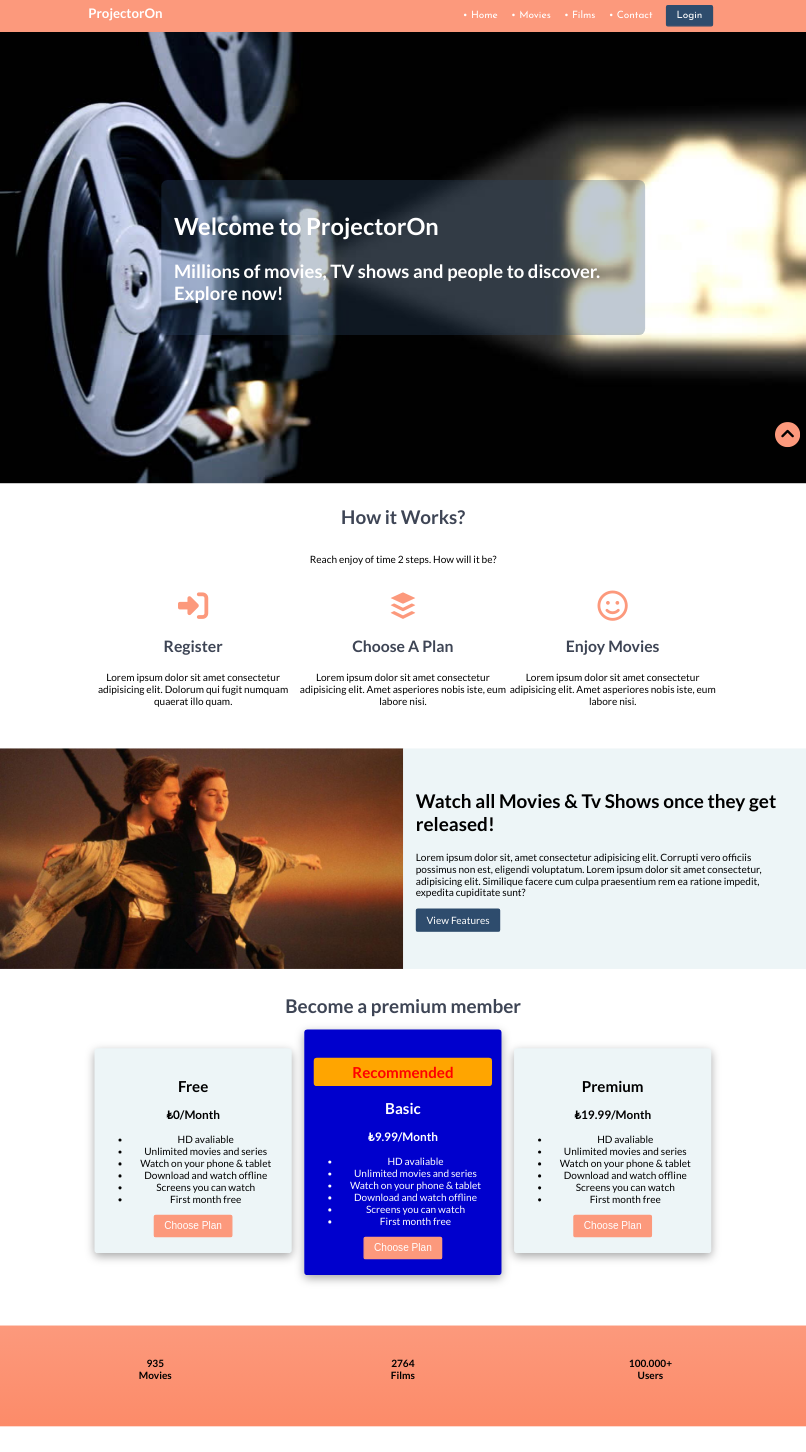
Repository: albayrakfatih/ProjectorOn_WebMovieApp
Page: index.html
An editor plug-in stored every save of this project. The page is shown before and after a run of saves, followed by the edit.
The browser window is 1280 px wide. The pictures show the whole page, at 63% of full size.
Backgrounds fixed to the window are drawn as part of the page. Some web libraries are served in a nearby version.

Above is the page before, as saved 2023-04-29 00:40:18.

After the next 2 saves:
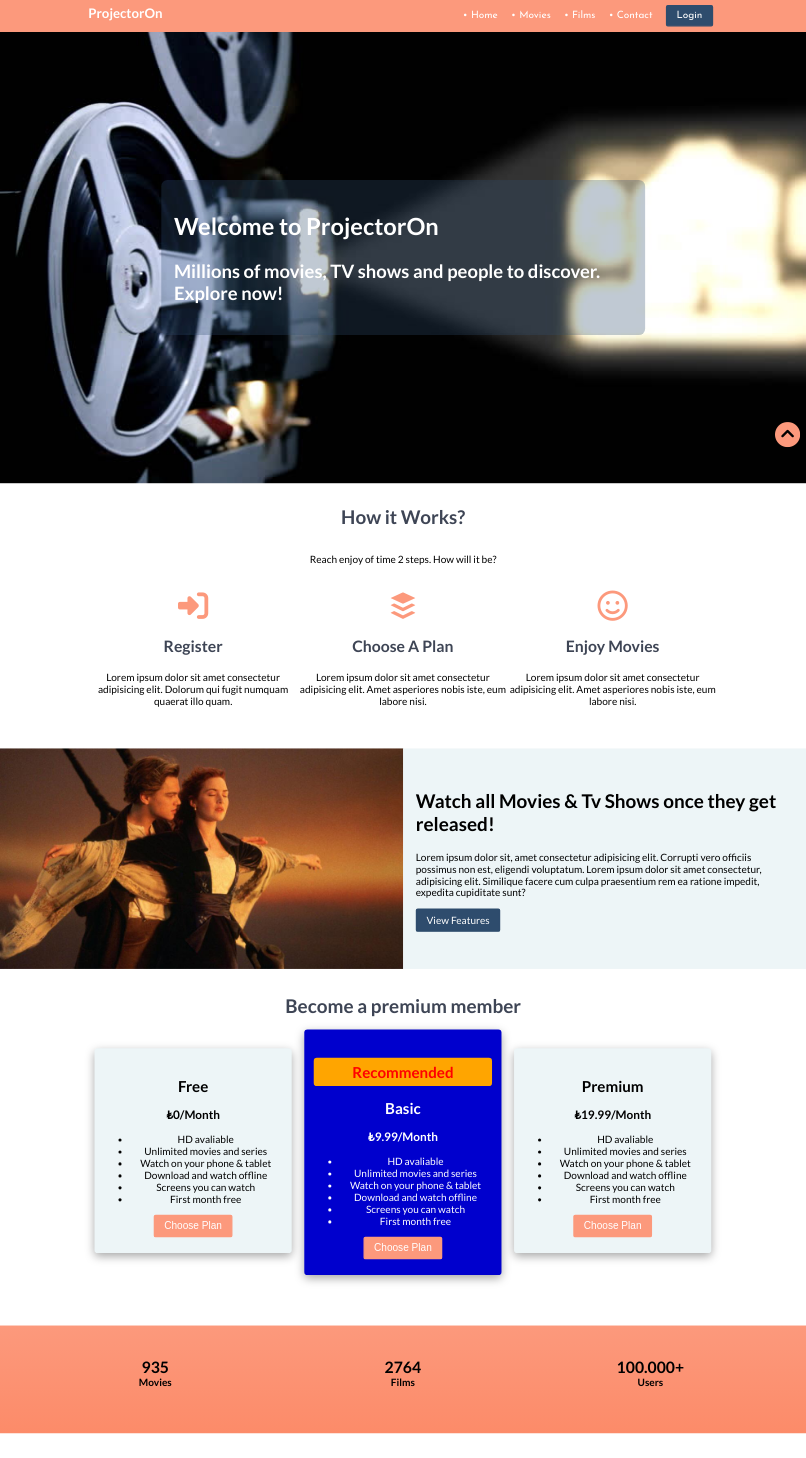
The 2 saves are shown as one change because they came seconds apart.
The last was saved 17 s later.
--- a/css/styles.css
+++ b/css/styles.css
@@ -269,4 +269,5 @@
 }
 .counter__item{
     font-weight: 700;
-}
+    font-size: 25px;
+}
